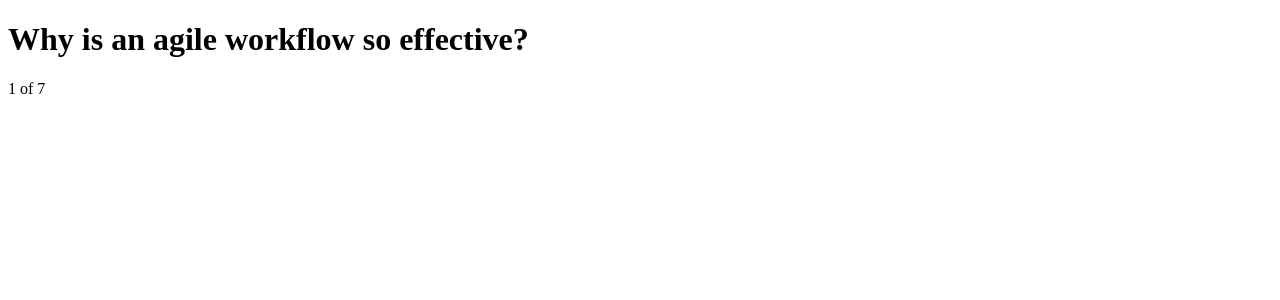
Repository: mukiSabljakovic/Quiz-APP
Page: index.html
The author's editor kept a copy of each file at every save. The page is drawn from the files as they stood at one save, then again after the next save.
The browser window is 1280 px wide. The pictures show the whole page.

Above is the page before, as saved 2020-05-01 11:12:30.

After the next save:
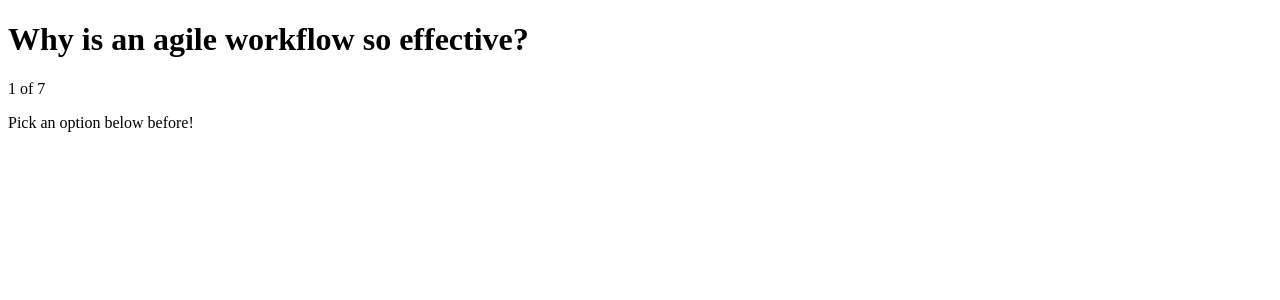
Saved 80 s later.
--- a/index.html
+++ b/index.html
@@ -12,6 +12,13 @@
                 <div class="jabquiz__question-box">
                     <h1 class="jabquiz__question">Why is an agile workflow so effective?</h1>
                     <p class="jabquiz__tracker">1 of 7</p>
+                    <div class="progress">
+                        <div class="progress__inner">
+
+                        </div>
+                    </div>
+                    <p class="jabquiz__tagline">Pick an option below before!</p>
+
                 </div>
             </div>
         </div>
